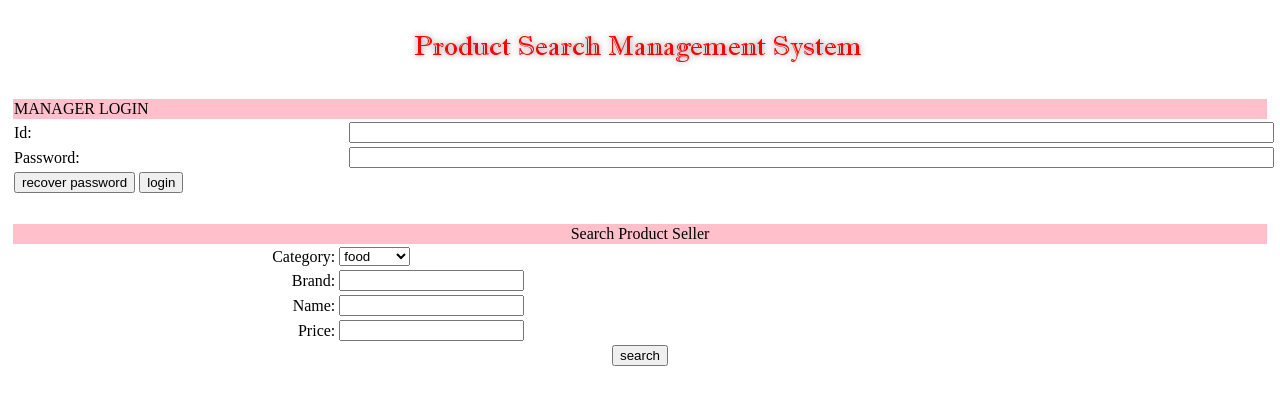
Repository: DishantVaghela/ProductSearchManagementSystem
Page: http://localhost/ProductSearchManagementSystem/
These files come from the project's save history. The page is drawn as it stood at one moment and after the next save; the edit follows.
The browser window is 1280 px wide. The pictures show the whole page.
The page is served by Tomcat 9.

Above is the page before, as saved 2017-04-28 22:48:22.

After the next save:
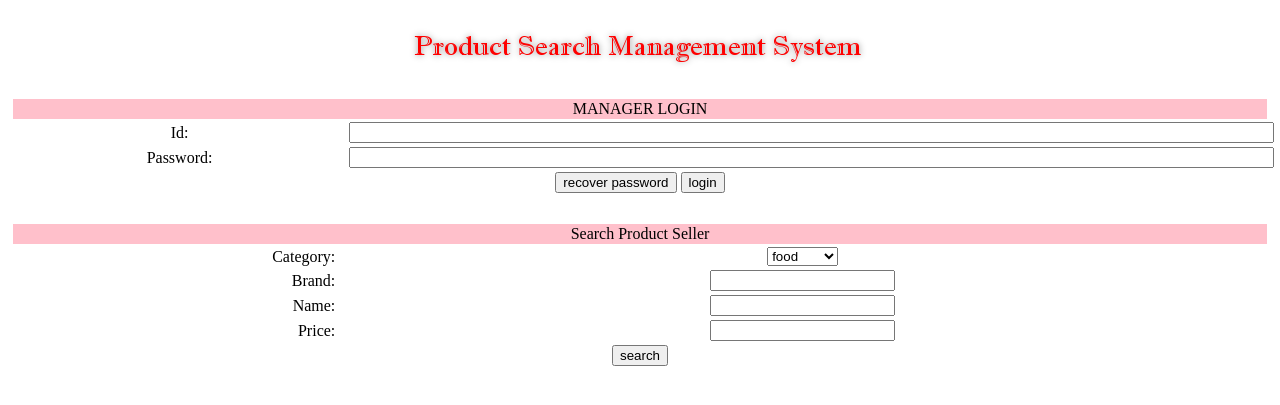
Saved 10 s later.
--- a/ProductSearchManagementSystem/WebContent/productSearchManagementSystem.css
+++ b/ProductSearchManagementSystem/WebContent/productSearchManagementSystem.css
@@ -5,6 +5,6 @@ input[type=text], input[type=password] {
 }
 
 table {
-	align: center;
+	text-align: center;
 	width: 100%;
 }
